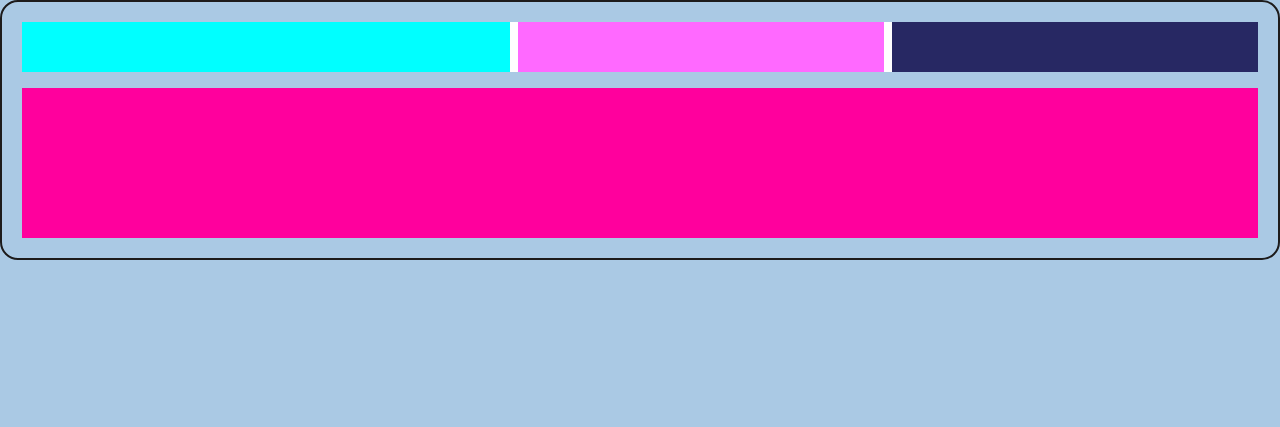
Repository: SbuKhoza/furniture
Page: /
An editor plug-in stored every save of this project. The page is shown before and after a run of saves, followed by the edit.
The browser window is 1280 px wide. The pictures show the whole page.
The project was rebuilt for these pictures with package versions that can differ from the ones it lists, and the page was loaded fresh each time.

Above is the page before, as saved 2024-07-12 12:19:14.

After the next 2 saves:
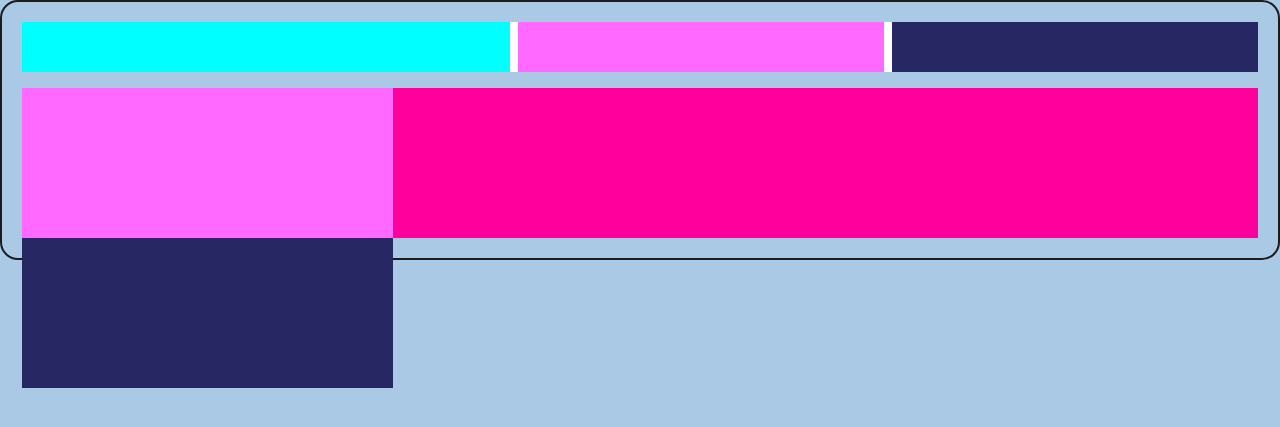
The 2 saves are shown as one change because they came seconds apart.
The last was saved 7 s later.
--- a/src/App.css
+++ b/src/App.css
@@ -70,7 +70,7 @@ main {
 
 }
 
-.cont2 {
+.cont5 {
   width: 30%;
   background-color: rgb(255, 105, 255);
   height: 100%;
@@ -78,7 +78,7 @@ main {
 
 }
 
-.cont3 {
+.cont6 {
   width: 30%;
   background-color: rgb(39, 40, 99);
   height: 100%;
